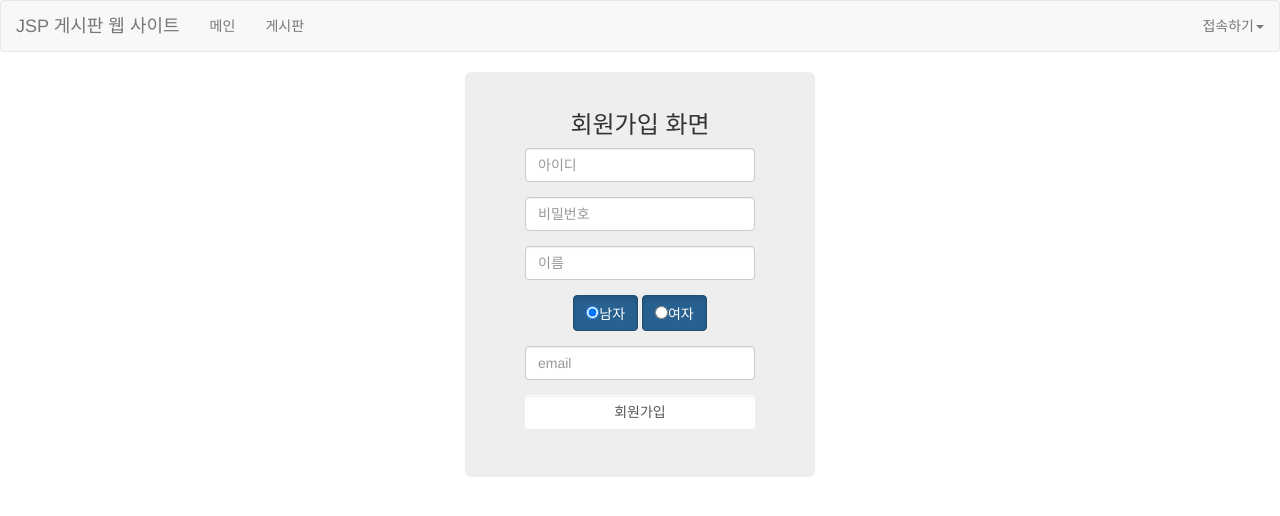
Repository: dirn0568/project
Page: http://localhost/myWeb/join.jsp
An editor plug-in stored every save of this project. The page is shown before and after the next save, followed by the edit.
The browser window is 1280 px wide. The pictures show the whole page.
The page is served by Tomcat 9. Other server files are loaded and not shown.

Above is the page before, as saved 2022-10-06 17:22:56.
Console error (its wording comes from the project's code and is left out).

### myWeb/src/main/webapp/join.jsp
<%@ page language="java" contentType="text/html; charset=UTF-8"
    pageEncoding="UTF-8"%>
<!DOCTYPE html>
<html>
<head>
<meta charset="UTF-8">
<meta name="viewport" content="width-device-width", initial-scale="1">
<link rel="stylesheet" href="css/bootstrap.css">
<title>JSP 게시판 웹 사이트</title>
</head>
<body>
	<nav class="navbar navbar-default">
		<div class="navbar-header">
			<button type="button" class="navbar-toggle collapsed"
				data-toggle="collapse" data-target="#bs-example-navbar-collapse-1"
				aria-expanded="false">
				<span class="icon-bar"></span>
				<span class="icon-bar"></span>
				<span class="icon-bar"></span>
				</button>
				<a class="navbar-brand" href="main.jsp">JSP 게시판 웹 사이트</a>
		</div>
		<div class="collapse navbar-collapse" id="bs-example-navbar-collapse-1">
			<ul class="nav navbar-nav">
				<li><a href="main.jsp">메인</a></li>
				<li><a href="bbs.jsp">게시판</a></li>
			</ul>
			<ul class="nav navbar-nav navbar-right">
				<li class="dropdown">
					<a href="#" class="dropdown-toggle"
						data-toggle="dropdown" role="button" aria-haspopup="true"
						aria-expanded="false">접속하기<span class="caret"></span></a>
					<ul class="dropdown-menu">
						<li class="active"><a href="login.jsp">로그인</a></li>
						<li><a href="join.jsp">회원가입</a></li>
					</ul>
				</li>
			</ul>
		</div>
	</nav>
	<div class="container">
		<div class="col-lg-4"></div>
		<div class="col-lg-4">
			<div class="jumbotron" style="padding-top:20px;">
				<form method="post" action="joinAction.jsp">
					<h3 style="text-align:center;">회원가입 화면</h3>
					<div class="form-group">
						<input type="text" class="form-control" placeholder="아이디" name="userID" maxlength="20">
					</div>
					<div class="form-group">
						<input type="password" class="form-control" placeholder="비밀번호" name="userPassword" maxlength="20">
					</div>
					<div class="form-group">
						<input type="text" class="form-control" placeholder="이름" name="userName" maxlength="20">
					</div>
					<div class="form-group" style="text-align:center;">
							<label class="btn btn-primary active">
								<input type="radio" autocomplete="off" name="userGender" value="남자" checked>남자
							</label>
							<label class="btn btn-primary active">
								<input type="radio" autocomplete="off" name="userGender" value="여자">여자
							</label>
					</div>
					<div class="form-group">
						<input type="email" class="form-control" placeholder="email" name="userEmail" maxlength="50">
					</div>
					<input type="submit" class="btn btn-trimary form-control" value="회원가입">
				</form>
			</div>
		</div>
		<div class="col-lg-4"></div>
	</div>
	<script src="js/bootstrap.js"></script>
</body>
</html>

Loaded but not shown: myWeb/src/main/webapp/css/bootstrap.css (library); myWeb/src/main/webapp/js/bootstrap.js (library)

After the next save:
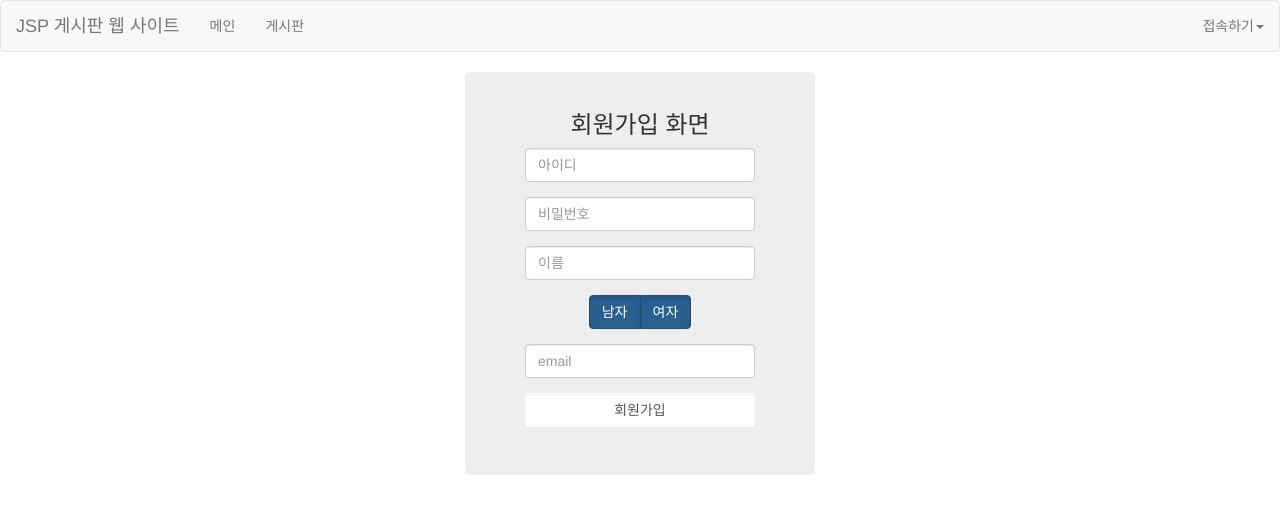
Saved 9 s later.
--- a/myWeb/src/main/webapp/join.jsp
+++ b/myWeb/src/main/webapp/join.jsp
@@ -54,12 +54,14 @@
 						<input type="text" class="form-control" placeholder="이름" name="userName" maxlength="20">
 					</div>
 					<div class="form-group" style="text-align:center;">
+						<div class="btn-group" data-toggle="buttons">
 							<label class="btn btn-primary active">
 								<input type="radio" autocomplete="off" name="userGender" value="남자" checked>남자
 							</label>
 							<label class="btn btn-primary active">
 								<input type="radio" autocomplete="off" name="userGender" value="여자">여자
 							</label>
+						</div>
 					</div>
 					<div class="form-group">
 						<input type="email" class="form-control" placeholder="email" name="userEmail" maxlength="50">
